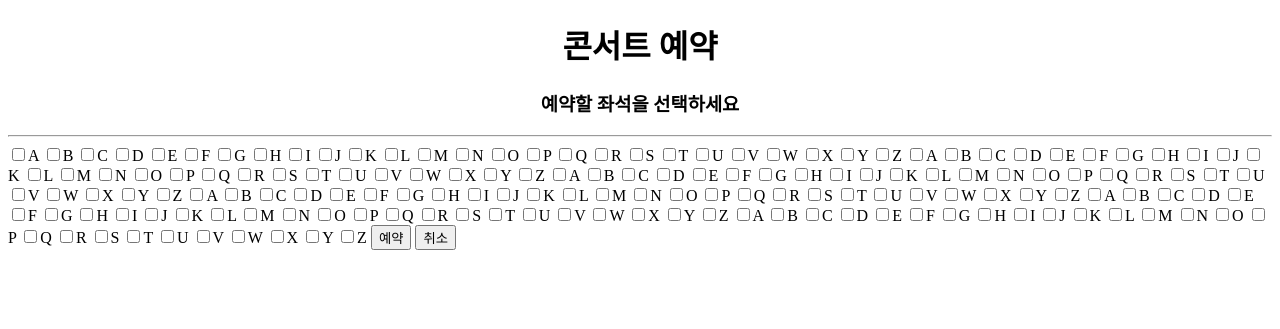
Repository: bbseok97/HTML
Page: http://localhost/jspbasic/application/reserve.jsp
The author's editor kept a copy of each file at every save. The page is drawn from the files as they stood at one save, then again after the next save.
The browser window is 1280 px wide. The pictures show the whole page.
The page is served by Tomcat 9.

Above is the page before, as saved 2024-04-09 02:44:18.

After the next save:
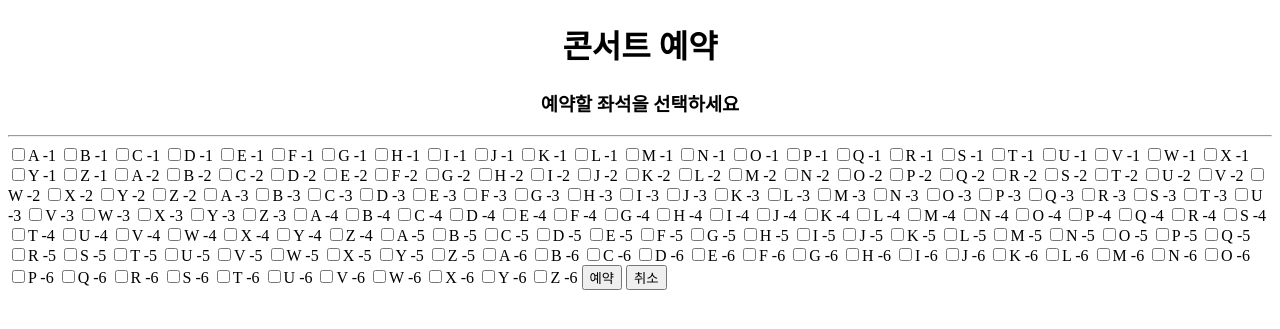
Saved 19 s later.
--- a/jspbasic/src/main/webapp/application/reserve.jsp
+++ b/jspbasic/src/main/webapp/application/reserve.jsp
@@ -14,7 +14,7 @@
 		<hr>
 		<% for(int i=1; i <= 6; i++){ %>
 			<%for(char c='A'; c <= 'Z'; c++){ %>
-			<input type="checkbox" name="seat"><%=c %>
+			<input type="checkbox" name="seat"><%=c %> -<%=i %>
 			<%} %>
 		<%} %>
 		<input style="text-align" type="submit" value="예약">

After the save that followed:
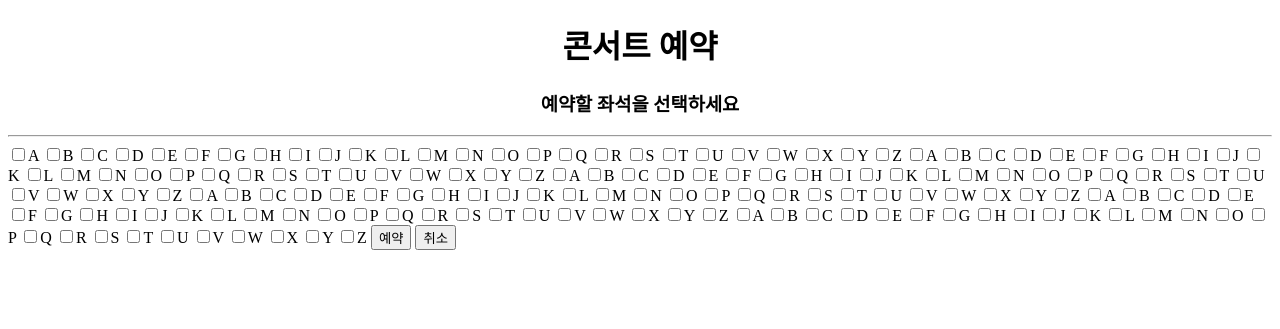
Saved 9 s later.
--- a/jspbasic/src/main/webapp/application/reserve.jsp
+++ b/jspbasic/src/main/webapp/application/reserve.jsp
@@ -14,7 +14,7 @@
 		<hr>
 		<% for(int i=1; i <= 6; i++){ %>
 			<%for(char c='A'; c <= 'Z'; c++){ %>
-			<input type="checkbox" name="seat"><%=c %> -<%=i %>
+			<input type="checkbox" name="seat"><%=c %>
 			<%} %>
 		<%} %>
 		<input style="text-align" type="submit" value="예약">
